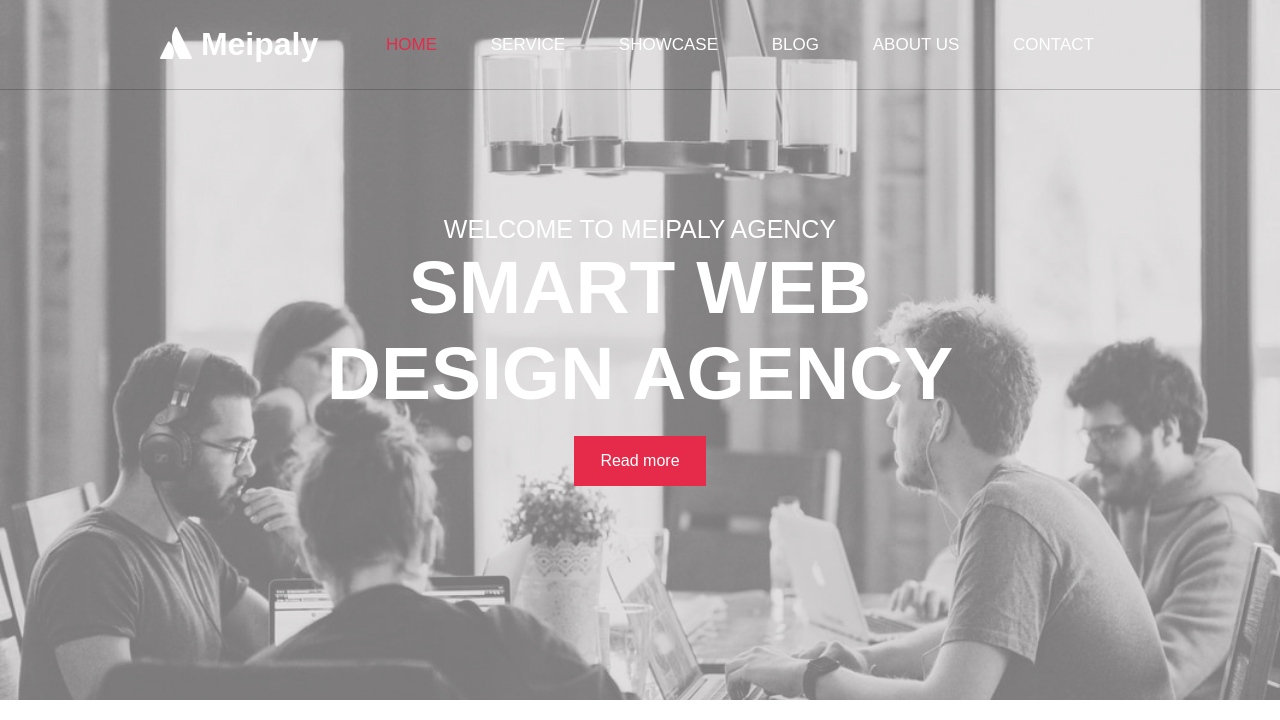
Repository: tudo1611/BC44_HTML5-CSS3_B6_MAIPALY_DO-TRUNG-TU
Page: index.html
These files come from the project's save history. The page is drawn as it stood at one moment and after the next save; the edit follows.
The browser window is 1280 px wide. The pictures show the whole page.
The pointer rests on the first visible `.carousel__content button`.

Above is the page before, as saved 2023-01-15 15:04:53.

### index.html
<!DOCTYPE html>
<html lang="en">
  <head>
    <meta charset="UTF-8" />
    <meta http-equiv="X-UA-Compatible" content="IE=edge" />
    <meta name="viewport" content="width=device-width, initial-scale=1.0" />
    <title>Document</title>
    <link
      rel="stylesheet"
      href="https://cdnjs.cloudflare.com/ajax/libs/font-awesome/6.2.1/css/all.min.css"
    />
    <link rel="stylesheet" href="./css/style.css" />
  </head>
  <body>
    <header>
      <div class="header__content">
        <div class="header__logo">
          <i class="fab fa-atlassian"></i>
          <span>Meipaly</span>
        </div>
        <nav>
          <ul>
            <li class="active"><a href="#">Home</a></li>
            <li><a href="#">Service</a></li>
            <li><a href="#">Showcase</a></li>
            <li><a href="#">Blog</a></li>
            <li><a href="#">About us</a></li>
            <li><a href="#">Contact</a></li>
          </ul>
        </nav>
      </div>
    </header>
    <section class="banner"></section>
    <section class="carousel">
      <div class="carousel__content">
        <p>WELCOME TO MEIPALY AGENCY</p>
        <h1>
          SMART WEB <br />
          DESIGN AGENCY
        </h1>
        <button>Read more</button>
      </div>
      <div class="carousel__scroll"></div>
    </section>
    <section class="blogs"></section>
    <section class="number"></section>
    <section class="experience"></section>
    <section class="contact"></section>
  </body>
</html>

### css/style.css
* {
  margin: 0;
  padding: 0;
  box-sizing: border-box;
}
html,
body {
  font-family: "Oswald", sans-serif;
  font-size: 62.5%;
}
/* header  */
header {
  background-color: transparent;
  border-bottom: 1px solid rgba(0, 0, 0, 0.2);
  position: absolute;
  z-index: 10;
  width: 100%;
}
.header__content {
  width: 75%;
  margin: 0 auto;
  color: #fff;
  display: flex;
  justify-content: space-between;
  align-items: center;
  padding: 2.6rem 0;
}
.header__content ul {
  list-style: none;
}
.header__logo {
  font-size: 3.2rem;
  font-weight: 700;
  /* color: #fff; */
}
.header__content li {
  display: inline-block;
  padding: 0 2.6rem;
}
.header__content li.active a {
  color: #e62b4a;
}
.header__content li a {
  font-size: 1.7rem;
  color: #fff;
  text-transform: uppercase;
  text-decoration: none;
}
/* carousel  */
.carousel {
    background-image: url(../img/home_slider.jpg);
    background-size: cover;
    background-position: center;
    height: 70rem;
    display: flex;
    justify-content: center;
    align-items: center;
}
.carousel__content{
    color: #fff;
    text-align: center;
}
.carousel__content p{
    font-size: 2.5rem;
}
.carousel__content h1{
    font-size: 7.5rem;
}
.carousel__content button {
    font-size: 1.6rem;
    margin-top: 2rem;
    padding: 1.5rem 2.5rem;
    background-color: #e62b4a;
    color: white;
    border: 1px solid #e62b4a;
    cursor: pointer;
    transition: all 0.5s;
}
.carousel__content button:hover {
    background-color: ;
}

After the next save:
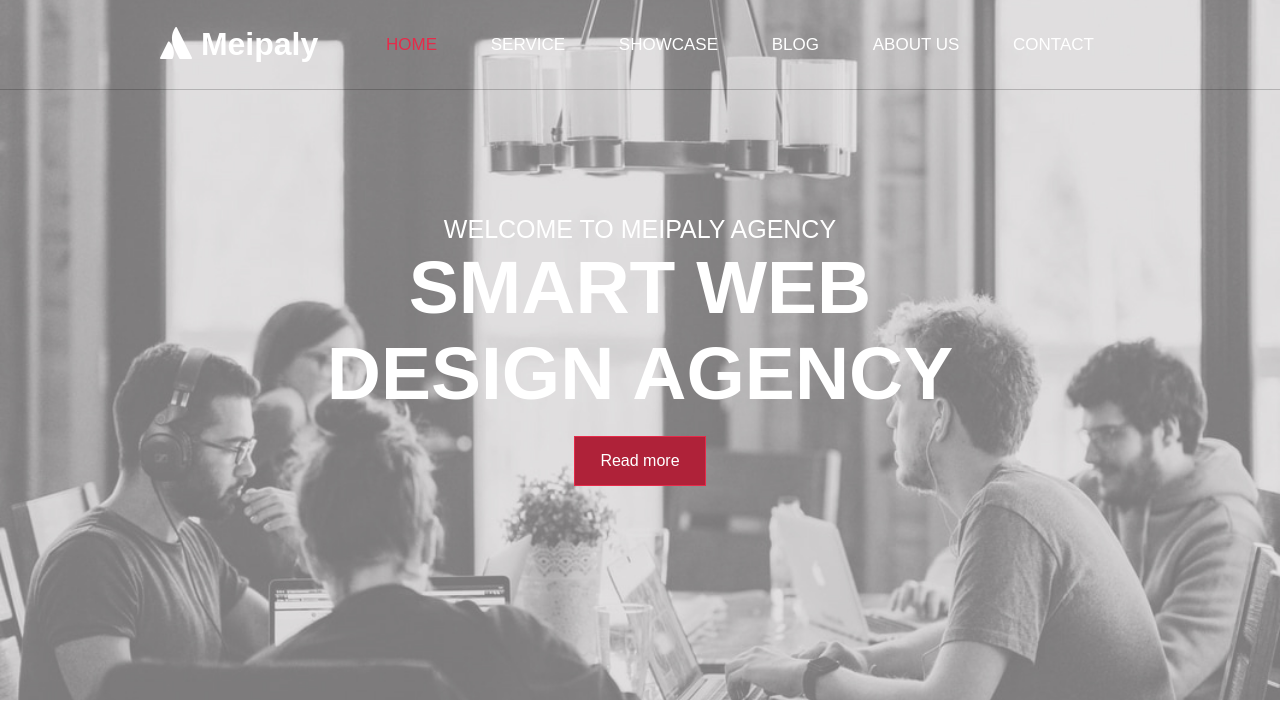
Saved 5 s later.
--- a/css/style.css
+++ b/css/style.css
@@ -77,5 +77,5 @@
     transition: all 0.5s;
 }
 .carousel__content button:hover {
-    background-color: ;
+    background-color: #af2239;
 }
